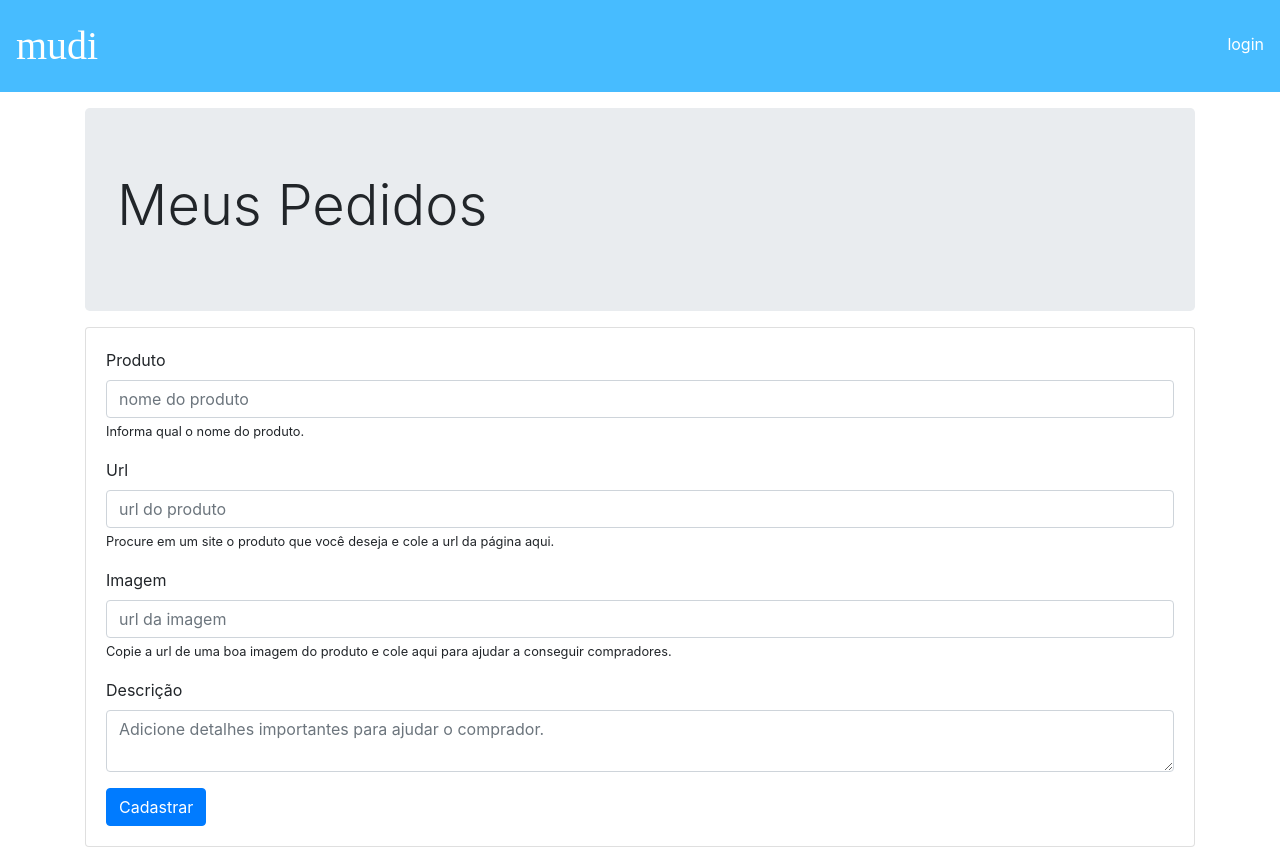
Repository: BrunoMreis/Spring-MVC-Crie-um-web-app-com-Thymeleaf-e-Bootstrap
Page: http://localhost/pedido/formulario
An editor plug-in stored every save of this project. The page is shown before and after the next save, followed by the edit.
The browser window is 1280 px wide. The pictures show the whole page.
Some web fonts or font styles are not loaded; a fallback is used. The page is this project's Thymeleaf template; nobody is signed in. The template is opened directly, without the code that normally fills it, so the values that code supplies are empty.

Above is the page before, as saved 2020-10-20 13:12:04.

### mundi/src/main/resources/templates/pedido/formulario.html
<!DOCTYPE html>
<html>
<head th:replace="~{base :: head}">
<meta charset="UTF-8">
</head>
<body>
	<div th:replace="~{base :: logo}"></div>

	<div class="container">
		<div th:replace="~{base :: titulo('Meus Pedidos')}"></div>
		<div class="card mt-3">
			<div class="card-body">
				<form th:object="${requisicaoNovoPedido}" action="/pedido/novo"
					method="POST">
					<div class="form-group">
						<label for="nomeProduto">Produto</label> <input
							th:field="*{nomeProduto}" th:errorclass="is-invalid"
							placeholder="nome do produto" class="form-control" /> <small>Informa
							qual o nome do produto.</small>
						<div th:errors="*{nomeProduto}" class="invalid-feedback">Campo
							deve ser preenchido!</div>
					</div>
					<div class="form-group">
						<label for="urlProduto">Url</label> <input
							th:field="*{urlProduto}" th:errorclass="is-invalid"
							placeholder="url do produto" class="form-control" /> <small>Procure
							em um site o produto que você deseja e cole a url da página aqui.</small>
						<div th:errors="*{urlProduto}" class="invalid-feedback">Campo
							deve ser preenchido!</div>
					</div>
					<div class="form-group">
						<label for="urlImagem">Imagem</label> <input
							th:field="*{urlImagem}" th:errorclass="is-invalid"
							placeholder="url da imagem" class="form-control" /> <small>Copie
							a url de uma boa imagem do produto e cole aqui para ajudar a
							conseguir compradores.</small>
						<div th:errors="*{urlImagem}" class="invalid-feedback">Campo
							deve ser preenchido!</div>
					</div>
					<div class="form-group">
						<label for="descricao">Descrição</label>
						<textarea th:field="*{descricao}" th:errorclass="is-invalid"
							placeholder="Adicione detalhes importantes para ajudar o comprador."
							class="form-control"></textarea>
						<div th:errors="*{descricao}" class="invalid-feedback">Campo
							deve ser preenchido!</div>
					</div>
					<button type="submit" class="btn btn-primary">Cadastrar</button>
				</form>
			</div>
		</div>
	</div>
</body>
</html>

### mundi/src/main/resources/templates/base.html
<head th:fragment="head">
<meta charset="UTF-8">
<link rel="stylesheet"
	href="https://stackpath.bootstrapcdn.com/bootstrap/4.5.2/css/bootstrap.min.css"
	integrity="sha384-JcKb8q3iqJ61gNV9KGb8thSsNjpSL0n8PARn9HuZOnIxN0hoP+VmmDGMN5t9UJ0Z"
	crossorigin="anonymous">
<link
	href="https://fonts.googleapis.com/css2?family=Handlee&display=swap"
	rel="stylesheet">

<style>
.logo-container {
	background-color: #47bcff;
	color: #FFF;
}

.logo {
	font-family: 'Handlee', cursive;
	font-size: 2.5rem;
}
</style>
</head>


<div th:fragment="logo"
	class="logo-container d-flex justify-content-between mb-3 p-3">
	<span class="logo">mudi</span> <span class="mt-3">login</span>
</div>


<div th:fragment="titulo(valor)" class="jumbotron mb-0">
	<h1 class="display-4" th:text="${valor}"></h1>
</div>

After the next save:
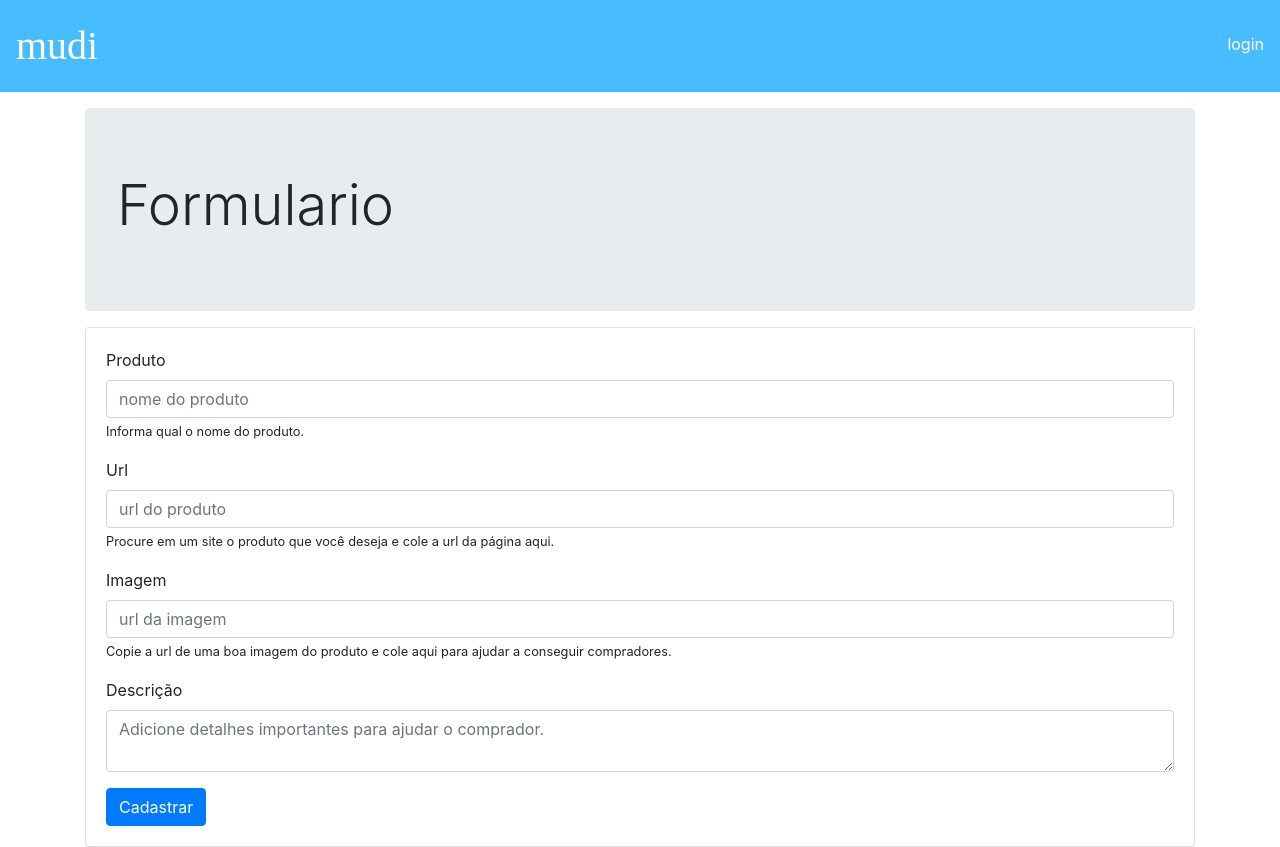
Saved 12 s later.
--- a/mundi/src/main/resources/templates/pedido/formulario.html
+++ b/mundi/src/main/resources/templates/pedido/formulario.html
@@ -7,7 +7,7 @@
 	<div th:replace="~{base :: logo}"></div>
 
 	<div class="container">
-		<div th:replace="~{base :: titulo('Meus Pedidos')}"></div>
+		<div th:replace="~{base :: titulo('Formulario')}"></div>
 		<div class="card mt-3">
 			<div class="card-body">
 				<form th:object="${requisicaoNovoPedido}" action="/pedido/novo"
